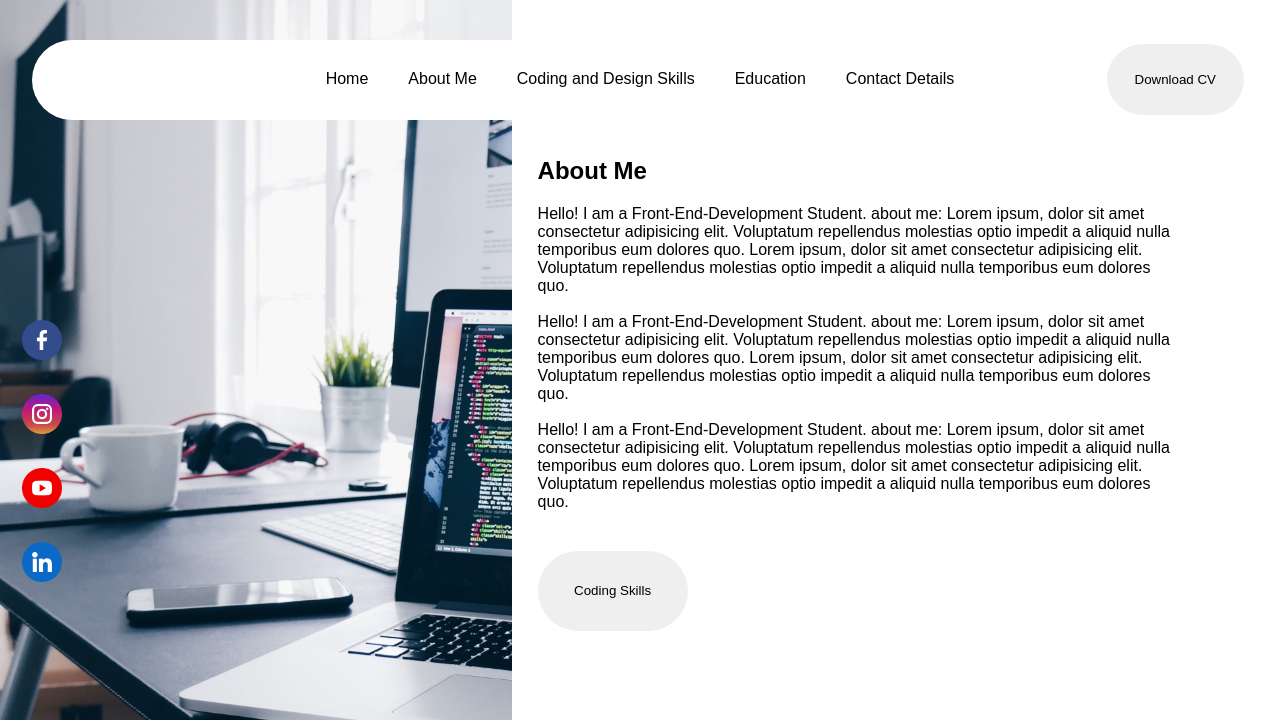
Repository: WesleyErasmus/MyDigitalResume-4
Page: about.html
These files come from the project's save history. The page is drawn as it stood at one moment and after the next save; the edit follows.
The browser window is 1280 px wide. The pictures show the whole page.

Above is the page before, as saved 2022-02-20 18:48:38.

### about.html
<!DOCTYPE html>
<html lang="en">
<head>
    <meta charset="UTF-8">
    <meta http-equiv="X-UA-Compatible" content="IE=edge">
    <meta name="viewport" content="width=device-width, initial-scale=1.0">
    <title>Wesley Erasmus Digital Resume 4 Project</title>
    <link rel="stylesheet" href="about.css">
</head>
<body>
    <body>
        <header class="nav-menu-top">
            <ul class="top-nav-menu-buttons">
                <li><a href="/index.html" target="">Home</a></li>
                <li><a href="/about.html" target="">About Me</a></li>
                <li><a href="/codingSkills.html" target="">Coding and Design Skills</a></li>
                <li><a href="/education.html" target="">Education</a></li>
                <li><a href="/contact.html" target="">Contact Details</a></li>
            </ul>
            <button id="download-cv">Download CV</button>
        </header>
        <aside class="self-portrait">
        </aside>
        <nav class="social-media-links">
            <ul class="social-media-links">
                <li><a href="https://www.facebook.com/codespaceza"><img src="/icons/facebook.png" alt="Facebook" width="40px" height="40px"></a></li>
                <li><a href="https://www.instagram.com/codespaceza/"><img src="icons/instagram.png" alt="Instagram" width="40px" height="40px"></a></li>
                <li><a href="https://www.youtube.com/channel/UCfmXJliguiwBv2QlRzWdrxA"><img src="icons/youtube.png" alt="YouTube" width="40px" height="40px"></a></li>
                <li><a href="https://www.linkedin.com/school/codespaceza/"><img src="icons/linkedin.png" alt="LinkedIn" width="40px" height="40px"></a></li>
            </ul>
            <!-- Here's a link  where you can find free icons : https://www.flaticon.com/premium-icon/twitter_4494477?related_id=4494465&origin=search -->
        </nav>
         <article>
             <h1 ID="title">About Me</h1>
            <div class="about-me">
                <p>Hello! I am a Front-End-Development Student. about me: Lorem ipsum, dolor sit amet consectetur adipisicing elit. Voluptatum repellendus molestias optio impedit a aliquid nulla temporibus eum dolores quo. Lorem ipsum, dolor sit amet consectetur adipisicing elit. Voluptatum repellendus molestias optio impedit a aliquid nulla temporibus eum dolores quo.</p>
                <br>
                <p>Hello! I am a Front-End-Development Student. about me: Lorem ipsum, dolor sit amet consectetur adipisicing elit. Voluptatum repellendus molestias optio impedit a aliquid nulla temporibus eum dolores quo. Lorem ipsum, dolor sit amet consectetur adipisicing elit. Voluptatum repellendus molestias optio impedit a aliquid nulla temporibus eum dolores quo.</p>
                <br>
                <p>Hello! I am a Front-End-Development Student. about me: Lorem ipsum, dolor sit amet consectetur adipisicing elit. Voluptatum repellendus molestias optio impedit a aliquid nulla temporibus eum dolores quo. Lorem ipsum, dolor sit amet consectetur adipisicing elit. Voluptatum repellendus molestias optio impedit a aliquid nulla temporibus eum dolores quo.</p>
            </div>
            <button class="next-page">
                <a href="/codingSkills.html" target="">Coding Skills</a>
            </button>
        </article>
    </body>
</body>
</html>

### about.css
* {
    font-family: Arial, Helvetica, sans-serif;
    margin: 0;
    padding: 0;
}
body {
    overflow:hidden;
}
header.nav-menu-top {
    position: relative;
    /* Positions explained in below link: https://developer.mozilla.org/en-US/docs/Web/CSS/position */
    text-align: center;
    margin: 0 auto;
    /* Margin: 0 auto can be used to center an object horizontally  */
    width: 95%;
    height: 80px;
    border-radius: 50px;
    margin-top: 40px;
    background-color: #fff;
}
ul.top-nav-menu-buttons{
    display: flex;
    justify-content: center;
    /* Positions explained in below link: https://css-tricks.com/snippets/css/a-guide-to-flexbox/ */
    padding: 30px;
}
.top-nav-menu-buttons li {
    margin: 0 20px 0 20px;
    list-style-type: none;
    text-align: center;
}
button#download-cv {
    position: relative;
    float: right;
    top: -74px;
    right: 4px;
    padding: 28px;
    border-radius: 50px;
    border: NONE;
}
aside.self-portrait {
    z-index: -1;
    /* z-index explained in below link:
     https://developer.mozilla.org/en-US/docs/Web/CSS/z-index */
    background-color: black;
    position: absolute;
    top: 0;
    left: 0;
    height: 100%;
    width: 40%;
    background-image: url(/backgroundImage/coding-2.jpg);
    background-repeat: no-repeat;
    background-size: 250%;
}
nav.social-media-links {
    position: relative;
    height: 390px;
    width: 50px;
    float: left;
    top: 150px;
    left: 17px;
    border-radius: 0 15px 15px 0;
}
ul.social-media-links{
    padding: 50px 5px 5px 5px;
    text-align: center;
    display: flex;
    flex-direction: column;

}
.social-media-links li{
    margin-bottom: 30px;
    list-style-type: none;
}

article {
    width: 50%;
    left: 41%;
    position: absolute;
    height: 500px;
    top: 20vh;
    padding: 1%;
}
h1#title {
    margin-bottom: 20px;
}
button.next-page {
    margin-top: 40px;
    width: 150px ;
    height: 80px ;
    border-radius: 50px;
    border: none;
}
a:link {
    color: black;
    text-decoration: none;
}
a:visited {
    color: black;
}
a:hover {
    color: gray;
}

After the next save:
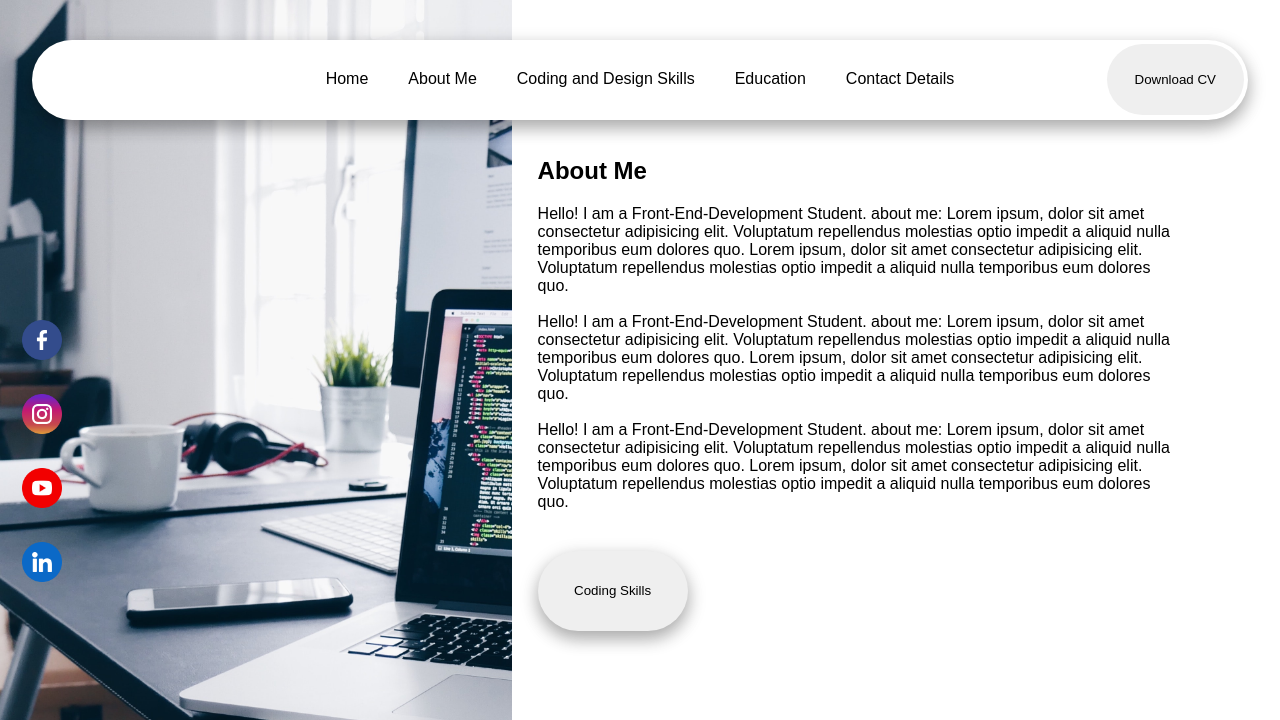
Saved 39 s later.
--- a/about.css
+++ b/about.css
@@ -17,6 +17,7 @@ header.nav-menu-top {
     border-radius: 50px;
     margin-top: 40px;
     background-color: #fff;
+    box-shadow: 0 8px 16px 0 rgba(0, 0, 0, 0.2), 0 6px 20px 0 rgba(0, 0, 0, 0.19);
 }
 ul.top-nav-menu-buttons{
     display: flex;
@@ -90,6 +91,7 @@ button.next-page {
     height: 80px ;
     border-radius: 50px;
     border: none;
+    box-shadow: 0 8px 16px 0 rgba(0, 0, 0, 0.2), 0 6px 20px 0 rgba(0, 0, 0, 0.19);
 }
 a:link {
     color: black;
